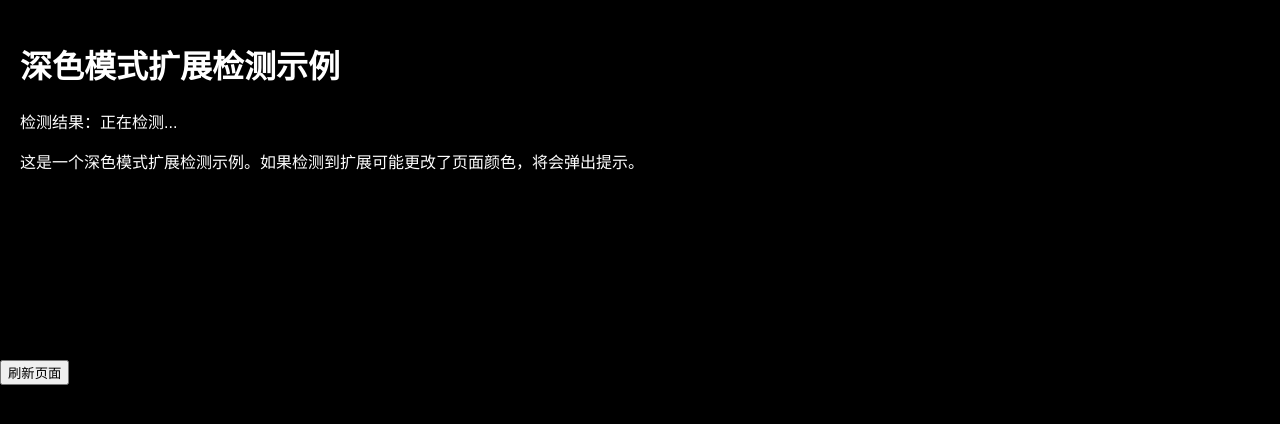
Repository: Lisu-Liso/GXCC
Page: test.html
These files come from the project's save history. The page is drawn as it stood at one moment and after a run of saves; the edit follows.
The browser window is 1280 px wide. The pictures show the whole page.

Above is the page before, as saved 2024-10-27 12:51:40.

### test.html
<!DOCTYPE html>
<html lang="zh">
<head>
    <meta charset="UTF-8">
    <meta name="viewport" content="width=device-width, initial-scale=1.0">
    <title>深色模式扩展检测示例</title>
    <script src="checkdarkmode.js"></script>
    <style>
        body, html {
            margin: 0;
            padding: 0;
            height: 100%;
            overflow: hidden;
            background-color: black;
        }
        #bgCanvas {
            position: fixed;
            top: 0;
            left: 0;
            z-index: -1;
        }
        .content {
            position: relative;
            z-index: 1;
            color: white;
            padding: 20px;
            font-family: Arial, sans-serif;
        }
        @keyframes fadeIn {
            from { opacity: 0; }
            to { opacity: 1; }
        }
        @keyframes slideIn {
            from { transform: translateY(-50px); opacity: 0; }
            to { transform: translateY(0); opacity: 1; }
        }
        .overlay {
            position: fixed;
            top: 0;
            left: 0;
            width: 100%;
            height: 100%;
            background-color: rgba(0, 0, 0, 0.7);
            display: flex;
            justify-content: center;
            align-items: center;
            z-index: 1000;
            animation: fadeIn 0.3s ease-out;
        }
        .modal {
            background-color: white;
            padding: 20px;
            border-radius: 5px;
            text-align: center;
            animation: slideIn 0.3s ease-out;
            color: black;
        }
        .modal button {
            margin-top: 10px;
            padding: 5px 10px;
            cursor: pointer;
            transition: background-color 0.3s, transform 0.1s;
        }
        .modal button:hover {
            background-color: #f0f0f0;
        }
        .modal button:active {
            transform: scale(0.98);
        }
    </style>
</head>
<body>
    <div class="content">
        <h1>深色模式扩展检测示例</h1>
        <p>检测结果：<span id="result">正在检测...</span></p>
        <p>这是一个深色模式扩展检测示例。如果检测到扩展可能更改了页面颜色，将会弹出提示。</p>
    </div>


        function showDarkModeWarning() {
            const overlay = document.createElement('div');
            overlay.className = 'overlay';

            const modal = document.createElement('div');
            modal.className = 'modal';
            modal.innerHTML = `
                <h2>检测到深色模式扩展</h2>
                <p>我们检测到您正在使用深色模式扩展。为了获得最佳体验，请关闭该扩展，然后刷新页面。</p>
                <button onclick="refreshPage()">刷新页面</button>
            `;

            overlay.appendChild(modal);
            document.body.appendChild(overlay);
        }

        function refreshPage() {
            location.reload();
        }
    </script>
</body>
</html>

### checkdarkmode.js
function checkDarkModeExtension(callback) {
    const testElement = document.createElement('div');
    testElement.id = 'test-element';
    testElement.style.position = 'absolute';
    testElement.style.top = '-9999px';
    testElement.style.left = '-9999px';
    testElement.style.width = '1px';
    testElement.style.height = '1px';
    testElement.style.backgroundColor = 'rgb(255, 255, 255)';
    document.body.appendChild(testElement);

    // 给扩展一些时间来修改元素
    setTimeout(() => {
        const computedStyle = window.getComputedStyle(testElement);
        const backgroundColor = computedStyle.backgroundColor;
        const textColor = computedStyle.color;

        const isDarkMode = backgroundColor !== 'rgb(255, 255, 255)' || textColor !== 'rgb(0, 0, 0)';

        document.body.removeChild(testElement);

        // 调用回调函数，传递检测结果
        callback(isDarkMode);
    }, 50); // 等待50毫秒
}

// 如果需要在其他文件中使用这个函数，可以将其导出
if (typeof module !== 'undefined' && typeof module.exports !== 'undefined') {
    module.exports = checkDarkModeExtension;
}

After the next 3 saves:
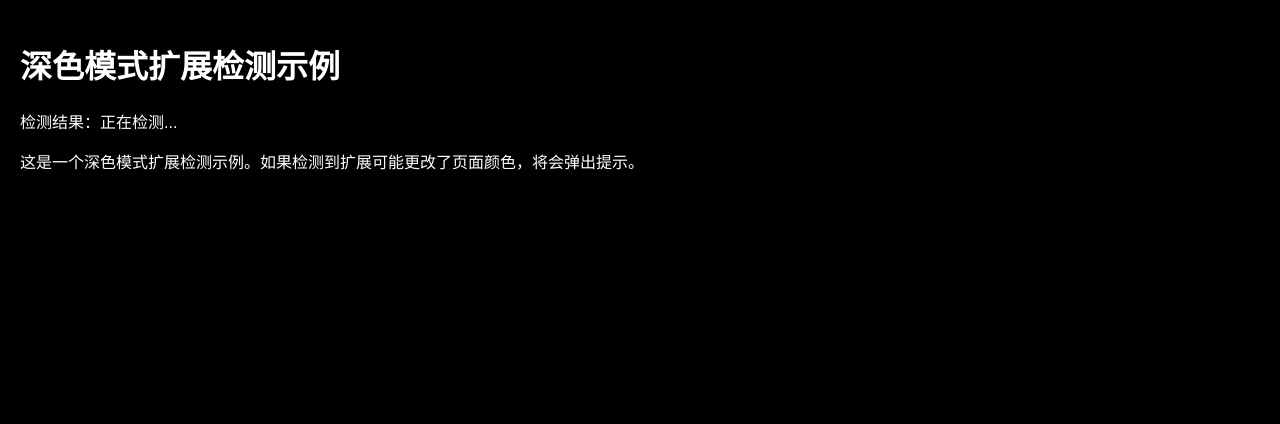
The 3 saves are shown as one change because they came seconds apart.
The last was saved 10 s later.
--- a/test.html
+++ b/test.html
@@ -70,13 +70,87 @@
     </style>
 </head>
 <body>
+    <canvas id="bgCanvas" class="backgroundimage"></canvas>
+    <script>
+        // 获取画布
+        var canvas = document.getElementById('bgCanvas');
+        var ctx = canvas.getContext('2d');
+
+        // 设置画布尺寸与窗口大小一致
+        canvas.width = window.innerWidth;
+        canvas.height = window.innerHeight;
+
+        // 创建一个数组用于存储星星的信息
+        var stars = [];
+
+        // 创建星星对象
+        function Star(x, y, radius, color, speed) {
+            this.x = x;
+            this.y = y;
+            this.radius = radius;
+            this.color = color;
+            this.speed = speed;
+        }
+
+        // 初始化星星
+        function init() {
+            for (var i = 0; i < 200; i++) {
+                var x = Math.random() * canvas.width;
+                var y = Math.random() * canvas.height;
+                var radius = Math.random() * 2;
+                var color = 'white';
+                var speed = Math.random() * 0.5;
+
+                stars.push(new Star(x, y, radius, color, speed));
+            }
+        }
+
+        // 绘制星星
+        function drawStars() {
+            ctx.clearRect(0, 0, canvas.width, canvas.height);
+
+            for (var i = 0; i < stars.length; i++) {
+                var star = stars[i];
+
+                ctx.beginPath();
+                ctx.arc(star.x, star.y, star.radius, 0, Math.PI * 2);
+                ctx.fillStyle = star.color;
+                ctx.fill();
+            }
+        }
+
+        // 更新星星位置
+        function updateStars() {
+            for (var i = 0; i < stars.length; i++) {
+                var star = stars[i];
+
+                star.x += star.speed;
+
+                if (star.x > canvas.width) {
+                    star.x = 0;
+                }
+            }
+        }
+
+        // 动画循环
+        function animate() {
+            requestAnimationFrame(animate);
+
+            drawStars();
+            updateStars();
+        }
+
+        // 初始化并启动动画
+        init();
+        animate();
+    </script>
     <div class="content">
         <h1>深色模式扩展检测示例</h1>
         <p>检测结果：<span id="result">正在检测...</span></p>
         <p>这是一个深色模式扩展检测示例。如果检测到扩展可能更改了页面颜色，将会弹出提示。</p>
     </div>
 
-
+        <script>
         function showDarkModeWarning() {
             const overlay = document.createElement('div');
             overlay.className = 'overlay';
